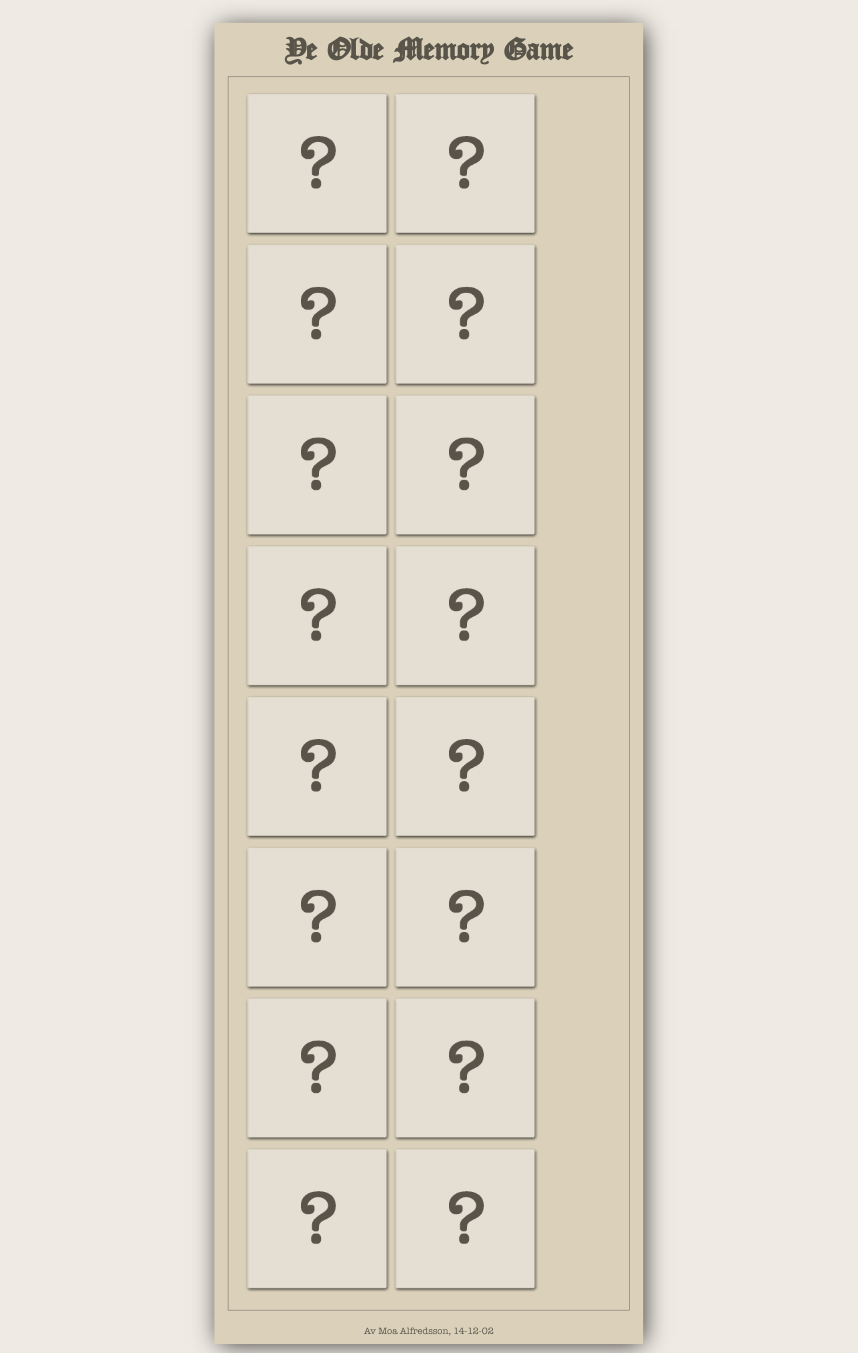
Repository: ma223md/1dv403-laborationer
Page: 3-gameon/memory/index.html
The author's editor kept a record of every edit. The page is drawn from the files as they stood at one moment, then again after the next edit.
The browser window is 1280 px wide. The pictures show the whole page, at 67% of full size.
After loading, the first visible `a.memorybrick` was clicked once.

Above is the page before.
Console error: TypeError: Cannot read properties of undefined (reading 'length')

### 3-gameon/memory/index.html
<!DOCTYPE html>
<html>
    <head>
        <meta charset="UTF-8" />
        <link rel="stylesheet" href="css/memorystyle.css" />
        <script src="js/random.js"></script>
        <script src="js/memory.js"></script>
        <title>Memory - Game on!</title>
    </head>

    <body>
        <div id="container">
            <header>
                <h1>Ye Olde Memory Game</h1>
            </header>

            <main>
                <div id="memoryboard"></div>
            </main>

            <footer>
                <p>Av Moa Alfredsson, 14-12-02</p>
            </footer>
        </div>
    </body>
</html>

### 3-gameon/memory/css/memorystyle.css
@font-face {
    font-family: headline;
    src: url(../fonts/OldLondon.ttf);
}

@font-face {
    font-family: article;
    src: url(../fonts/linowrite.ttf);
}

body
{
    background-color: #efebe4;
}

header h1 {
    text-align: center;
    padding-top: 15px;
    color: #58544A;
    font-family: headline;
    font-size: 50px;
}

#container {
    display: block;
    margin-left: auto;
    margin-right: auto;
    width: 600px;
    background-color: #dbd1ba;
    padding-left: 20px;
    padding-right: 20px;
    -webkit-box-shadow: 3px 4px 35px -4px rgba(38,35,32,1);
    -moz-box-shadow: 3px 4px 35px -4px rgba(38,35,32,1);
    box-shadow: 3px 4px 35px -4px rgba(38,35,32,1);
}

main {
    border-style: solid;
    border-width: 1px;
    border-color: #837D70;
}

#memoryboard {
    margin-left: 22px;
    margin-top: 20px;
    margin-bottom: 20px;
}

p {
    font-family: article;
    font-size: 14px;
    text-align: center;
    padding-top: 10px;
    padding-bottom: 10px;
    padding-left: 20px;
    padding-right: 20px;
    color: #58544A;
    word-wrap: break-word;
}

footer {
    font-size: 12px;
}

### 3-gameon/memory/js/random.js
var RandomGenerator = {

	/*
		Denna metod tar antalet rader och columner som inparameter.

		Metoden returnerar en array innehållandes utslumpade tal mellan 1 och (rows*cols)/2. Varje tal representeras två
		gånger och motsvarar således en spelbricka.

		I en 4*4 matris kan Arrayen t.ex. se ut så här:
		[1,2,6,8,6,2,5,3,1,3,7,5,8,4,4,7]

		I en 2*4 matris kan Arrayen t.ex. se ut så här:
		[3,4,4,1,2,1,2,3]
	*/

	getPictureArray: function(rows, cols)
	{
		var numberOfImages = rows*cols;
		var maxImageNumber = numberOfImages/2;

	   	var imgPlace = [];

	   //Utplacering av bilder i Array
	   for(var i=0; i<numberOfImages; i++)
		  imgPlace[i] = 0;

		for(var currentImageNumber=1; currentImageNumber<=maxImageNumber; currentImageNumber++)
		{
			var imageOneOK = false;
			var imageTwoOK = false;

			do
			{
				if(imageOneOK == false)
				{
					var randomOne = Math.floor( (Math.random() * (rows*cols-0) + 0) );

					if( imgPlace[randomOne] == 0 )
					{
						imgPlace[randomOne] = currentImageNumber;
						imageOneOK = true;
					}
				}

				if(imageTwoOK == false)
				{
					var randomTwo = Math.floor( (Math.random() * (rows*cols-0) + 0) );

					if( imgPlace[randomTwo] == 0 )
					{
						imgPlace[randomTwo] = currentImageNumber;
						imageTwoOK = true;
					}
				}
			}
			while(imageOneOK == false || imageTwoOK == false);
		}

		return imgPlace;
	}
}

### 3-gameon/memory/js/memory.js
"use strict"

var Memory = {
    // define variables
  	memoryBricks: [],
    //turnedBricks: [],
    pairedBricks: new Array(),
    lastBrick: undefined,
    isTurning: false,
    counter: 0,

    init: function(){
        Memory.memoryBricks = RandomGenerator.getPictureArray(4,4);

        // Create memory bricks
        for (var i = 0; i < Memory.memoryBricks.length; i++){
            newBrick(i);
        }

        function newBrick(i){
             // create new link and image
            var div = document.getElementById("memoryboard"),
            link = document.createElement("a"),
            image = document.createElement("img");

            link.setAttribute("class", "memorybrick");
            link.setAttribute("href", "#");
            image.setAttribute('src', 'pics/0.png');
            image.setAttribute("id", i);

            div.appendChild(link);
            link.appendChild(image);

            // onclick function goes here
            link.onclick = function(){
                turnBrick(i);
                return false;
            };
        }

        // function contains(a, obj) {
        //     for (var i = 0; i < a.length; i++) {
        //         if (a[i] === obj) {
        //             return true;
        //         }
        //     }
        //     return false;
        // }

        //function for turning bricks
        function turnBrick(brickID){
            // if(contains(Memory.pairedBricks, brickID) || Memory.isTurning === true) {
            // 	// Do nothing
            // }
            if (Memory.turnedBricks.length >= 2){
                // stop from turning more bricks
                return;
            }

            // turn chosen brick, assign image
            var currentBrickImage = document.getElementById(brickID);
            var lastBrickImage = document.getElementById(Memory.lastBrick);
            currentBrickImage.setAttribute("src", "pics/" + Memory.memoryBricks[brickID] + ".png");

            if(Memory.lastBrick === undefined) {
            	Memory.lastBrick = brickID;
            	//add last brick to array
            	Memory.turnedBricks.push(Memory.lastBrick);
            } else if (Memory.memoryBricks[Memory.lastBrick] === Memory.memoryBricks[brickID]) {
            	// matched a pair
                Memory.lastBrick = undefined;
                // add pair to array
                Memory.pairedBricks.push(brickID);
                Memory.pairedBricks.push(Memory.lastBrick);
                Memory.turnedBricks.push(Memory.lastBrick);
                Memory.counter++;

            } else {
             	// doesn't match, turn back bricks
              	Memory.isTurning = true;
                setTimeout(function(){
                  	Memory.isTurning = false;
                    currentBrickImage.setAttribute("src", "pics/0.png");
                    lastBrickImage.setAttribute("src", "pics/0.png");
                    Memory.turnedBricks = [];
                }, 1000);

                Memory.lastBrick = undefined;
                Memory.counter++;
            }


            if (Memory.pairedBricks.length === 16){
                alert("Congratulations! You won with " + Memory.counter + " guesses!");
            }
        }

    }
};

window.onload = Memory.init;  //init run when site is loaded

After the next edit:
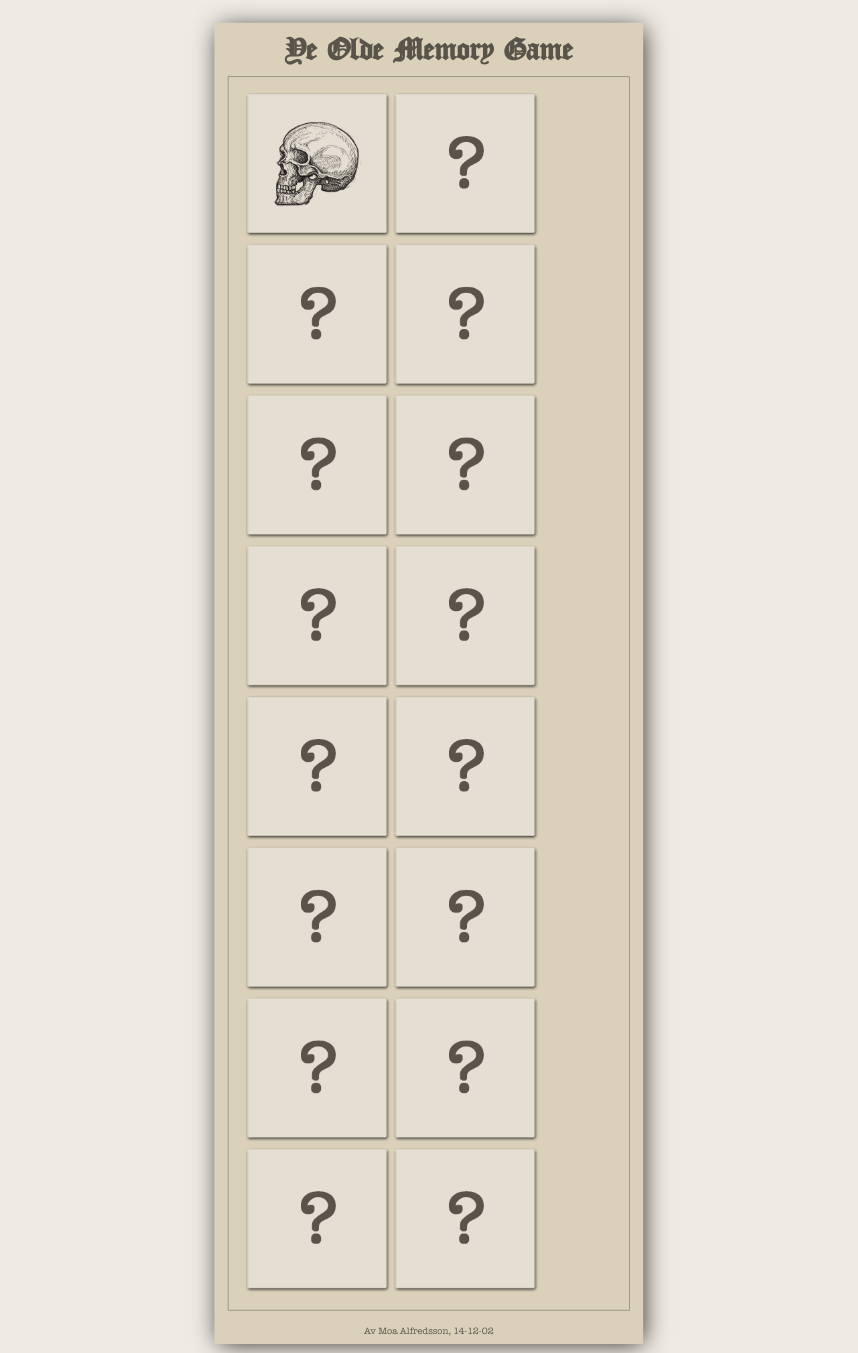
The error is gone.
The edit:
--- a/3-gameon/memory/js/memory.js
+++ b/3-gameon/memory/js/memory.js
@@ -38,23 +38,19 @@
             };
         }
 
-        // function contains(a, obj) {
-        //     for (var i = 0; i < a.length; i++) {
-        //         if (a[i] === obj) {
-        //             return true;
-        //         }
-        //     }
-        //     return false;
-        // }
+        function contains(a, obj) {
+            for (var i = 0; i < a.length; i++) {
+                if (a[i] === obj) {
+                    return true;
+                }
+            }
+            return false;
+        }
 
         //function for turning bricks
         function turnBrick(brickID){
-            // if(contains(Memory.pairedBricks, brickID) || Memory.isTurning === true) {
-            // 	// Do nothing
-            // }
-            if (Memory.turnedBricks.length >= 2){
-                // stop from turning more bricks
-                return;
+            if(contains(Memory.pairedBricks, brickID) || Memory.isTurning === true) {
+            	return;
             }
 
             // turn chosen brick, assign image
@@ -65,14 +61,14 @@
             if(Memory.lastBrick === undefined) {
             	Memory.lastBrick = brickID;
             	//add last brick to array
-            	Memory.turnedBricks.push(Memory.lastBrick);
+            	//Memory.turnedBricks.push(Memory.lastBrick);
             } else if (Memory.memoryBricks[Memory.lastBrick] === Memory.memoryBricks[brickID]) {
             	// matched a pair
                 Memory.lastBrick = undefined;
                 // add pair to array
                 Memory.pairedBricks.push(brickID);
                 Memory.pairedBricks.push(Memory.lastBrick);
-                Memory.turnedBricks.push(Memory.lastBrick);
+                //Memory.turnedBricks.push(Memory.lastBrick);
                 Memory.counter++;
 
             } else {
@@ -82,16 +78,20 @@
                   	Memory.isTurning = false;
                     currentBrickImage.setAttribute("src", "pics/0.png");
                     lastBrickImage.setAttribute("src", "pics/0.png");
-                    Memory.turnedBricks = [];
                 }, 1000);
 
                 Memory.lastBrick = undefined;
                 Memory.counter++;
             }
 
+            /*
+            if (Memory.turnedBricks.length >= 2){
+                // stop from turning more bricks
+            }
+            */
 
             if (Memory.pairedBricks.length === 16){
-                alert("Congratulations! You won with " + Memory.counter + " guesses!");
+                alert("Congratulations! You won with" + Memory.counter + " guesses!");
             }
         }
 
